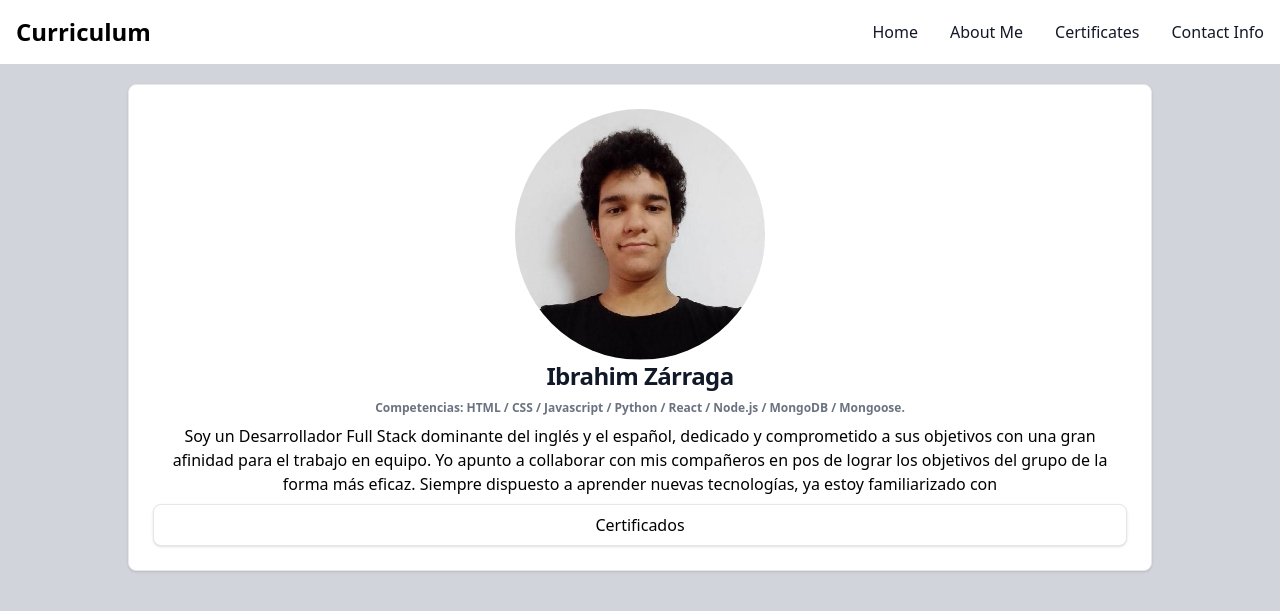
Repository: JetPi/Presentatio-Project
Page: /
The author's editor kept a copy of each file at every save. The page is drawn from the files as they stood at one save, then again after the next save.
The browser window is 1280 px wide. The pictures show the whole page.
The project was rebuilt for these pictures with package versions that can differ from the ones it lists, and the page was loaded fresh each time. The framework's server and built-in components were replaced by stand-ins that run in the browser. Also part of the build but not shown: next.config.js.

Above is the page before, as saved 2023-04-03 15:46:05.

After the next save:
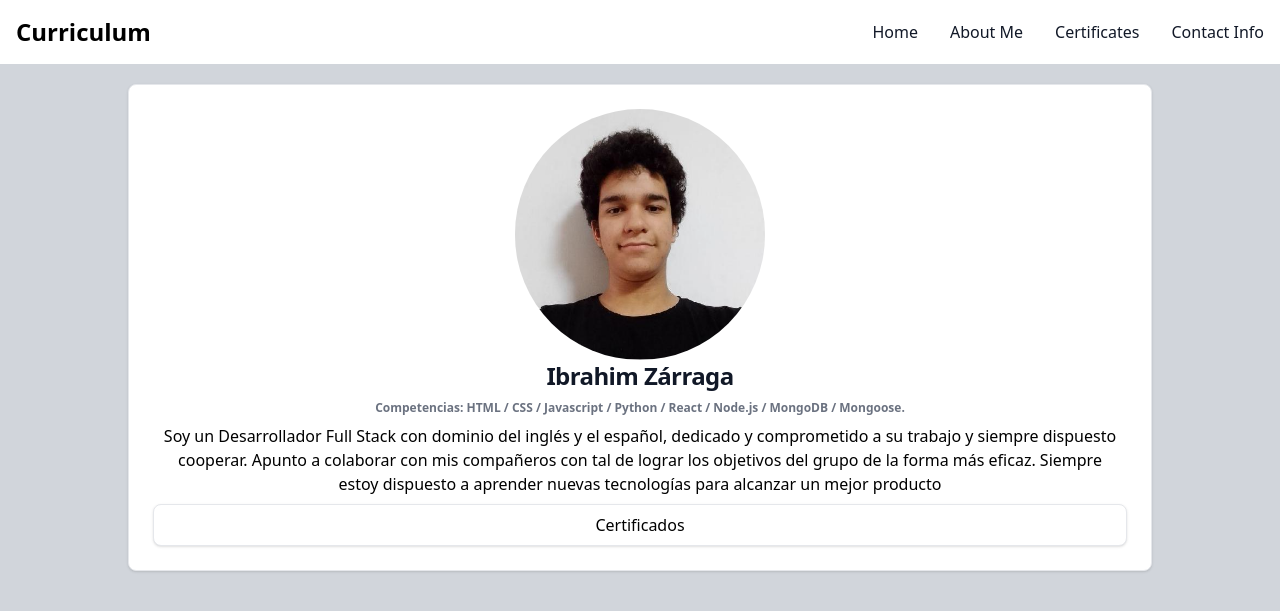
Saved 4 min 5 s later.
--- a/src/pages/index.tsx
+++ b/src/pages/index.tsx
@@ -20,7 +20,7 @@ let mySkills = [
 ];
 
 let myDescription =
-  "Soy un Desarrollador Full Stack dominante del inglés y el español, dedicado y comprometido a sus objetivos con una gran afinidad para el trabajo en equipo. Yo apunto a collaborar con mis compañeros en pos de lograr los objetivos del grupo de la forma más eficaz. Siempre dispuesto a aprender nuevas tecnologías, ya estoy familiarizado con";
+  "Soy un Desarrollador Full Stack con dominio del inglés y el español, dedicado y comprometido a su trabajo y siempre dispuesto cooperar. Apunto a colaborar con mis compañeros con tal de lograr los objetivos del grupo de la forma más eficaz. Siempre estoy dispuesto a aprender nuevas tecnologías para alcanzar un mejor producto";
 
 function skillFixer(array: Array<string>) {
   for (let i = 0; i < array.length; i++) {
